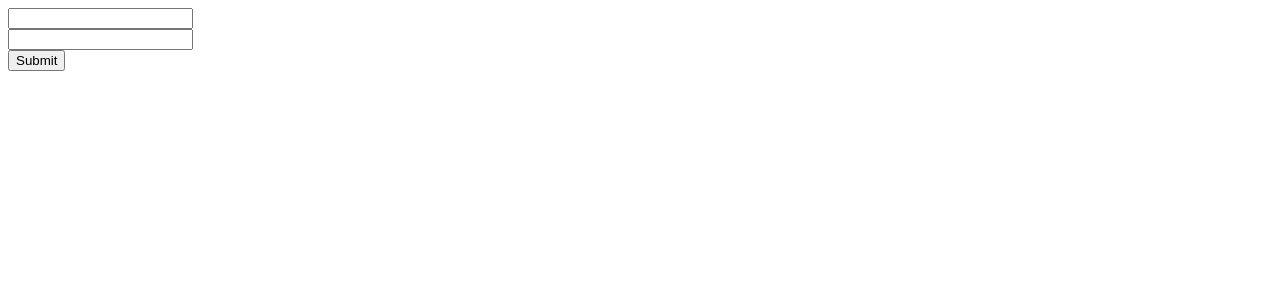
Repository: Hwangjiwon/MultiCampus
Page: 1Myshop/WebContent/index.html
These files come from the project's save history. The page is drawn as it stood at one moment and after the next save; the edit follows.
The browser window is 1280 px wide. The pictures show the whole page.

Above is the page before, as saved 2019-05-29 04:45:20.

### 1Myshop/WebContent/index.html
<!DOCTYPE html>
<html>
<head>
<meta charset="UTF-8">
<title>Insert title here</title>
</head>
<body>

	<form>
		<input><br><input type="password"><br><input type="submit">
	</form>
</body>
</html>

After the next save:
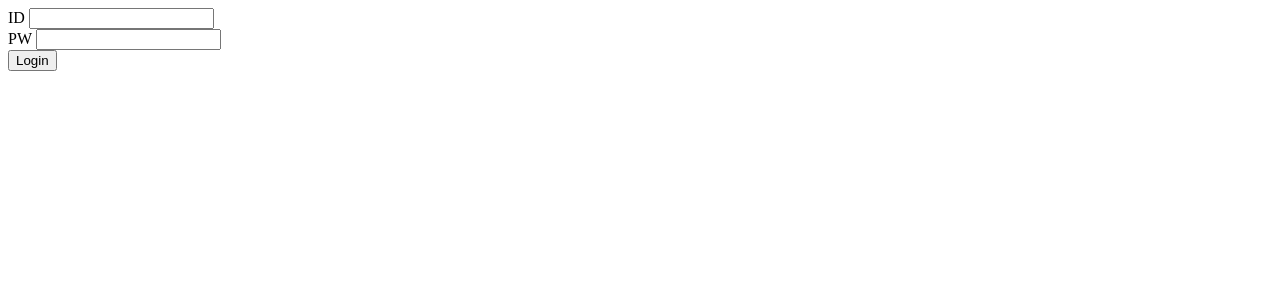
Saved 75 s later.
--- a/1Myshop/WebContent/index.html
+++ b/1Myshop/WebContent/index.html
@@ -7,7 +7,9 @@
 <body>
 
 	<form>
-		<input><br><input type="password"><br><input type="submit">
+		ID <input><br>
+		PW <input type="password"><br>
+		<input type="submit" value = "Login">
 	</form>
 </body>
 </html>
